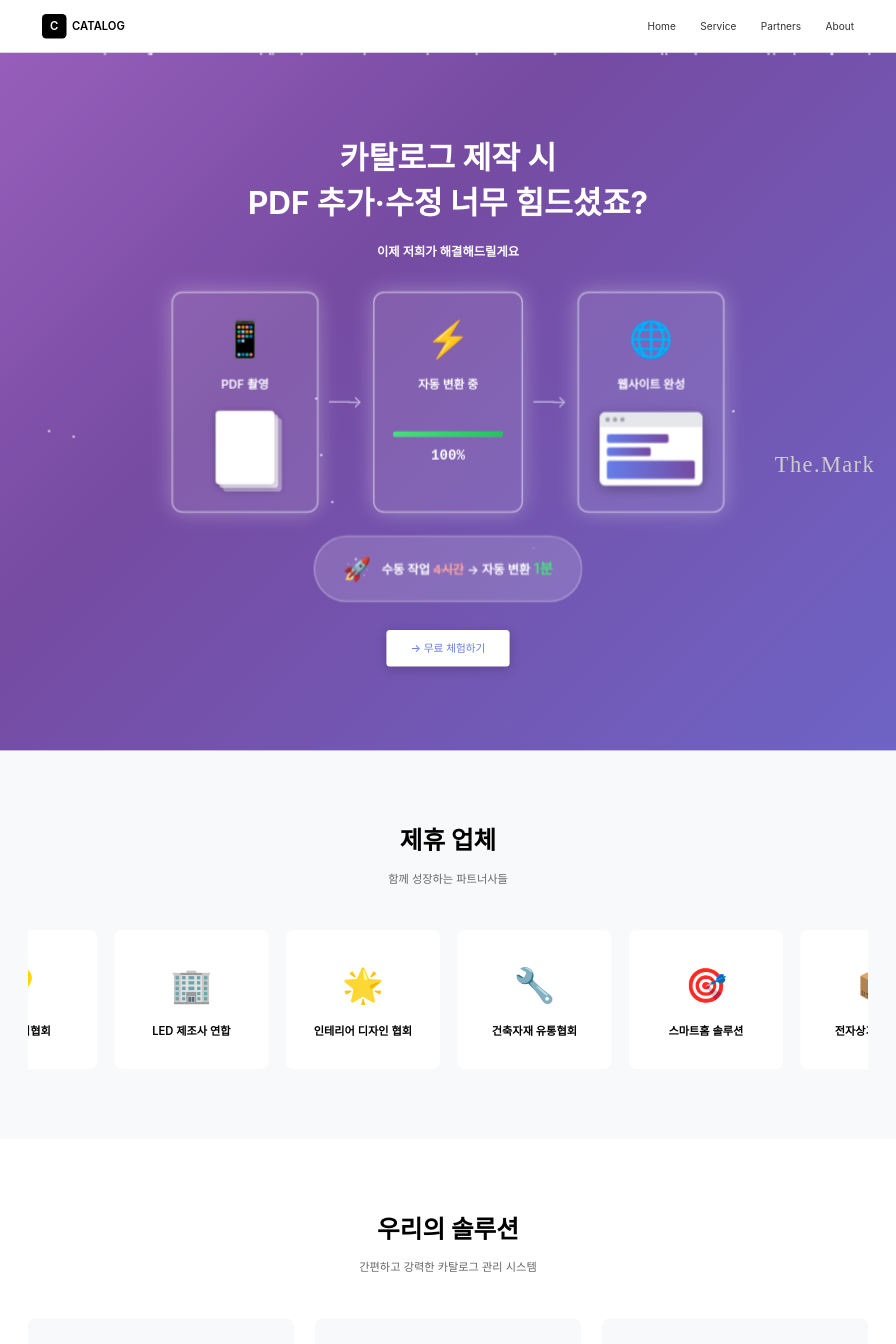
Repository: ororso11/catamaster
Page: index.html
The author's editor kept a copy of each file at every save. The page is drawn from the files as they stood at one save, then again after the next save.
The browser window is 1280 px wide. The pictures show the part of the page from y = 0 to 1920 px (the page is 2886 px tall before and 2884 px after), at 70% of full size.

Above is the page before, as saved 2025-10-04 23:36:50.

### index.html
<!DOCTYPE html>
<html lang="ko">
<head>
    <meta charset="UTF-8">
    <meta name="viewport" content="width=device-width, initial-scale=1.0">
    <title>카탈로그 자동화 업로드 솔루션</title>
    <link rel="stylesheet" href="style.css">
</head>
<body>
    <!-- 스크롤 진행 바 -->
    <div class="progress-line" id="progressLine"></div>

    <!-- 실시간 시계 -->
    <div class="time-indicator" id="timeIndicator"></div>

    <!-- Header -->
    <header>
        <div class="header-container">
            <div class="logo">
                <div class="logo-icon">C</div>
                <span>CATALOG</span>
            </div>
            <nav id="mainNav">
                <a href="#home">Home</a>
                <a href="#solutions">Service</a>
                <a href="#partners">Partners</a>
                <a href="#contact">About</a>
            </nav>
            <button class="mobile-menu-btn" onclick="toggleMenu()">☰</button>
        </div>
    </header>

    <!-- Hero Section -->
    <section class="hero" id="home">
        <!-- 떠다니는 입자 -->
        <div class="particles" id="particles"></div>

        <div class="hero-content">
            <h1>카탈로그 제작 시<br>PDF 추가·수정 너무 힘드셨죠?</h1>
            <p class="subtitle">이제 저희가 해결해드릴게요</p>
            <p class="description">해당 솔루션 도입 후 <span class="counter" data-target="90">0</span>% 자동화 및 업무 효율성 개선</p>
            <a href="dashboard.html" class="cta-button">무료 체험하기</a>
        </div>
    </section>

    <!-- Partners Section -->
    <section class="partners" id="partners">
        <h2 class="section-title">제휴 업체</h2>
        <p class="section-subtitle">함께 성장하는 파트너사들</p>

        <div class="partners-slider">
            <div class="partners-track">
                <div class="partner-card">
                    <div class="partner-logo">💡</div>
                    <div class="partner-name">조명산업협회</div>
                </div>
                <div class="partner-card">
                    <div class="partner-logo">🏢</div>
                    <div class="partner-name">LED 제조사 연합</div>
                </div>
                <div class="partner-card">
                    <div class="partner-logo">🌟</div>
                    <div class="partner-name">인테리어 디자인 협회</div>
                </div>
                <div class="partner-card">
                    <div class="partner-logo">🔧</div>
                    <div class="partner-name">건축자재 유통협회</div>
                </div>
                <div class="partner-card">
                    <div class="partner-logo">🎯</div>
                    <div class="partner-name">스마트홈 솔루션</div>
                </div>
                <div class="partner-card">
                    <div class="partner-logo">📦</div>
                    <div class="partner-name">전자상거래 플랫폼</div>
                </div>
                <div class="partner-card">
                    <div class="partner-logo">🏭</div>
                    <div class="partner-name">제조업 협회</div>
                </div>
                <div class="partner-card">
                    <div class="partner-logo">🛠️</div>
                    <div class="partner-name">산업용품 유통사</div>
                </div>
                <!-- 복제 -->
                <div class="partner-card">
                    <div class="partner-logo">💡</div>
                    <div class="partner-name">조명산업협회</div>
                </div>
                <div class="partner-card">
                    <div class="partner-logo">🏢</div>
                    <div class="partner-name">LED 제조사 연합</div>
                </div>
                <div class="partner-card">
                    <div class="partner-logo">🌟</div>
                    <div class="partner-name">인테리어 디자인 협회</div>
                </div>
                <div class="partner-card">
                    <div class="partner-logo">🔧</div>
                    <div class="partner-name">건축자재 유통협회</div>
                </div>
            </div>
        </div>
    </section>

    <!-- Solutions Section -->
    <section class="solutions" id="solutions">
        <h2 class="section-title">우리의 솔루션</h2>
        <p class="section-subtitle">간편하고 강력한 카탈로그 관리 시스템</p>

        <div class="solutions-grid">
            <div class="solution-card">
                <div class="solution-icon">🚀</div>
                <h3>간편한 업로드</h3>
                <p>드래그&드롭 방식으로 누구나 쉽게 PDF 카탈로그를 업로드할 수 있습니다. 복잡한 설정 없이 즉시 시작하세요.</p>
            </div>

            <div class="solution-card">
                <div class="solution-icon">📱</div>
                <h3>반응형 디자인</h3>
                <p>PC, 태블릿, 모바일 등 모든 기기에서 최적화된 화면으로 카탈로그를 확인할 수 있습니다.</p>
            </div>

            <div class="solution-card">
                <div class="solution-icon">🔒</div>
                <h3>안전한 관리</h3>
                <p>클라우드 기반 저장소로 데이터를 안전하게 보관하고, 언제든지 접근할 수 있습니다.</p>
            </div>

            <div class="solution-card">
                <div class="solution-icon">⚡</div>
                <h3>빠른 공유</h3>
                <p>업로드한 카탈로그를 링크 하나로 고객들과 즉시 공유할 수 있습니다.</p>
            </div>
        </div>
    </section>

    <!-- Footer -->
    <footer id="contact">
        <div class="footer-content">
            <div class="footer-section">
                <h3>카탈로그 자동화 업로드 솔루션</h3>
                <p>대표자: 신윤희</p>
                <p>사업의 성장을 위한 최고의 파트너</p>
            </div>

            <div class="footer-section">
                <h3>서비스</h3>
                <a href="#solutions">카탈로그 업로드 솔루션</a>
                <a href="#solutions">웹사이트 개발</a>
                <a href="#solutions">반응형 웹앱 제작</a>
                <a href="#solutions">맞춤형 솔루션</a>
            </div>

            <div class="footer-section">
                <h3>회사</h3>
                <a href="#home">회사소개</a>
                <a href="#partners">제휴 문의</a>
                <a href="#contact">고객지원</a>
                <a href="#contact">개인정보처리방침</a>
            </div>

            <div class="footer-section">
                <h3>문의하기</h3>
                <p>📧 info@catalogsolution.com</p>
                <p>📞 02-1234-5678</p>
                <p>📍 서울특별시 강남구</p>
            </div>
        </div>

        <div class="footer-bottom">
            <p>&copy; 2025 카탈로그 자동화 업로드 솔루션. All rights reserved.</p>
        </div>
    </footer>

    <div class="company-badge">The.Mark</div>

    <script src="script.js"></script>
</body>
</html>

### script.js
// 모바일 메뉴
function toggleMenu() {
    const nav = document.getElementById('mainNav');
    nav.classList.toggle('active');
}

// 부드러운 스크롤
document.querySelectorAll('a[href^="#"]').forEach(anchor => {
    anchor.addEventListener('click', function (e) {
        e.preventDefault();
        const target = document.querySelector(this.getAttribute('href'));
        if (target) {
            target.scrollIntoView({
                behavior: 'smooth',
                block: 'start'
            });
            document.getElementById('mainNav').classList.remove('active');
        }
    });
});

// 스크롤 진행 바
window.addEventListener('scroll', function() {
    const winScroll = document.body.scrollTop || document.documentElement.scrollTop;
    const height = document.documentElement.scrollHeight - document.documentElement.clientHeight;
    const scrolled = (winScroll / height) * 100;
    document.getElementById('progressLine').style.width = scrolled + '%';
});

// PDF → 웹사이트 자동 변환 프로세스 시각화
function createConversionVisualization() {
    const heroContent = document.querySelector('.hero-content');
    if (!heroContent) return;

    // 기존 description 숨기기
    const oldDesc = document.querySelector('.hero .description');
    if (oldDesc) {
        oldDesc.style.display = 'none';
    }

    // 변환 프로세스 컨테이너 생성
    const conversionContainer = document.createElement('div');
    conversionContainer.className = 'conversion-process';
    conversionContainer.innerHTML = `
        <div class="process-flow">
            <div class="process-step" id="step1">
                <div class="step-icon">📱</div>
                <div class="step-title">PDF 촬영</div>
                <div class="step-visual">
                    <div class="pdf-document">
                        <div class="pdf-page"></div>
                        <div class="pdf-page"></div>
                        <div class="pdf-page"></div>
                    </div>
                    <div class="camera-shutter" id="cameraShutter"></div>
                </div>
            </div>

            <div class="process-arrow">
                <div class="arrow-line"></div>
                <div class="arrow-head">→</div>
            </div>

            <div class="process-step" id="step2">
                <div class="step-icon">⚡</div>
                <div class="step-title">자동 변환 중</div>
                <div class="step-visual">
                    <div class="conversion-loader">
                        <div class="loader-bar"></div>
                        <div class="loader-percent" id="loaderPercent">0%</div>
                    </div>
                    <div class="conversion-particles" id="conversionParticles"></div>
                </div>
            </div>

            <div class="process-arrow">
                <div class="arrow-line"></div>
                <div class="arrow-head">→</div>
            </div>

            <div class="process-step" id="step3">
                <div class="step-icon">🌐</div>
                <div class="step-title">웹사이트 완성</div>
                <div class="step-visual">
                    <div class="website-preview" id="websitePreview">
                        <div class="browser-bar">
                            <div class="browser-dots">
                                <span></span><span></span><span></span>
                            </div>
                        </div>
                        <div class="website-content">
                            <div class="web-element"></div>
                            <div class="web-element"></div>
                            <div class="web-element wide"></div>
                        </div>
                    </div>
                </div>
            </div>
        </div>

        <div class="efficiency-badge">
            <div class="badge-icon">🚀</div>
            <div class="badge-text">
                수동 작업 <span class="time-before">4시간</span> →
                자동 변환 <span class="time-after">1분</span>
            </div>
        </div>
    `;

    // description 위치에 삽입
    if (oldDesc) {
        oldDesc.parentNode.insertBefore(conversionContainer, oldDesc);
    }
}

// 변환 프로세스 애니메이션
function startConversionAnimation() {
    // 1단계: PDF 촬영 (카메라 셔터)
    setTimeout(() => {
        const step1 = document.getElementById('step1');
        const shutter = document.getElementById('cameraShutter');
        step1.classList.add('active');

        // 셔터 효과
        shutter.classList.add('snap');
        setTimeout(() => shutter.classList.remove('snap'), 600);
    }, 500);

    // 2단계: 변환 중 (로딩 바)
    setTimeout(() => {
        const step2 = document.getElementById('step2');
        step2.classList.add('active');

        // 로딩 퍼센트 증가
        let percent = 0;
        const loaderInterval = setInterval(() => {
            percent += 5;
            const loaderPercent = document.getElementById('loaderPercent');
            if (loaderPercent) {
                loaderPercent.textContent = percent + '%';
            }

            // 변환 파티클 생성
            if (percent % 10 === 0) {
                createConversionParticle();
            }

            if (percent >= 100) {
                clearInterval(loaderInterval);
            }
        }, 60);
    }, 2000);

    // 3단계: 웹사이트 완성 (등장 애니메이션)
    setTimeout(() => {
        const step3 = document.getElementById('step3');
        const website = document.getElementById('websitePreview');
        step3.classList.add('active');
        website.classList.add('reveal');

        // 성공 효과
        createSuccessEffect();
    }, 4500);
}

// 변환 파티클 생성
function createConversionParticle() {
    const container = document.getElementById('conversionParticles');
    if (!container) return;

    const particle = document.createElement('div');
    particle.className = 'conversion-particle';
    particle.textContent = ['✨', '⚡', '🔄', '💫'][Math.floor(Math.random() * 4)];
    particle.style.left = Math.random() * 100 + '%';
    particle.style.animationDuration = (1 + Math.random()) + 's';
    container.appendChild(particle);

    setTimeout(() => particle.remove(), 2000);
}

// 성공 효과
function createSuccessEffect() {
    const step3 = document.getElementById('step3');
    if (!step3) return;

    const rect = step3.getBoundingClientRect();

    for (let i = 0; i < 12; i++) {
        const particle = document.createElement('div');
        particle.className = 'success-particle';
        particle.textContent = '✨';
        particle.style.position = 'fixed';
        particle.style.left = (rect.left + rect.width / 2) + 'px';
        particle.style.top = (rect.top + rect.height / 2) + 'px';
        particle.style.fontSize = '1.5rem';
        particle.style.pointerEvents = 'none';
        particle.style.zIndex = '10000';

        document.body.appendChild(particle);

        const angle = (i / 12) * Math.PI * 2;
        const distance = 80;
        const tx = Math.cos(angle) * distance;
        const ty = Math.sin(angle) * distance;

        particle.animate([
            { transform: 'translate(0, 0) scale(0)', opacity: 1 },
            { transform: `translate(${tx}px, ${ty}px) scale(1)`, opacity: 0 }
        ], {
            duration: 1000,
            easing: 'ease-out'
        }).onfinish = () => particle.remove();
    }
}

// Intersection Observer로 화면에 보일 때 애니메이션 시작
const observerOptions = {
    threshold: 0.3
};

const observer = new IntersectionObserver((entries) => {
    entries.forEach(entry => {
        if (entry.isIntersecting) {
            startConversionAnimation();
            observer.unobserve(entry.target);
        }
    });
}, observerOptions);

// 떠다니는 입자 생성
function createParticles() {
    const particlesContainer = document.getElementById('particles');
    if (!particlesContainer) return;

    const particleCount = 30;

    for (let i = 0; i < particleCount; i++) {
        const particle = document.createElement('div');
        particle.className = 'particle';
        particle.style.left = Math.random() * 100 + '%';
        particle.style.animationDelay = Math.random() * 20 + 's';
        particle.style.animationDuration = (15 + Math.random() * 10) + 's';
        particlesContainer.appendChild(particle);
    }
}

// 페이지 로드 시 초기화
window.addEventListener('DOMContentLoaded', function() {
    createParticles();
    createConversionVisualization();

    const heroSection = document.querySelector('.hero');
    if (heroSection) {
        observer.observe(heroSection);
    }

    // 스타일 추가
    const style = document.createElement('style');
    style.textContent = `
        .conversion-process {
            margin: 50px 0 40px;
            animation: fadeInUp 1.2s ease 0.8s forwards;
            opacity: 0;
        }

        .process-flow {
            display: flex;
            justify-content: center;
            align-items: center;
            gap: 20px;
            flex-wrap: wrap;
            margin-bottom: 40px;
        }

        .process-step {
            background: rgba(255, 255, 255, 0.1);
            backdrop-filter: blur(10px);
            border-radius: 15px;
            padding: 25px;
            min-width: 200px;
            text-align: center;
            border: 2px solid rgba(255, 255, 255, 0.2);
            transition: all 0.5s ease;
            opacity: 0.3;
        }

        .process-step.active {
            opacity: 1;
            border-color: rgba(255, 255, 255, 0.5);
            box-shadow: 0 0 30px rgba(255, 255, 255, 0.3);
            transform: scale(1.05);
        }

        .step-icon {
            font-size: 3rem;
            margin-bottom: 10px;
        }

        .step-title {
            font-size: 1rem;
            color: white;
            font-weight: 600;
            margin-bottom: 15px;
        }

        .step-visual {
            height: 120px;
            display: flex;
            align-items: center;
            justify-content: center;
            position: relative;
        }

        /* PDF 문서 */
        .pdf-document {
            position: relative;
            width: 80px;
        }

        .pdf-page {
            width: 80px;
            height: 100px;
            background: white;
            border-radius: 5px;
            margin-bottom: 5px;
            box-shadow: 0 2px 10px rgba(0,0,0,0.2);
        }

        .pdf-page:nth-child(2) {
            position: absolute;
            top: 5px;
            left: 5px;
            opacity: 0.7;
            z-index: -1;
        }

        .pdf-page:nth-child(3) {
            position: absolute;
            top: 10px;
            left: 10px;
            opacity: 0.4;
            z-index: -2;
        }

        /* 카메라 셔터 */
        .camera-shutter {
            position: absolute;
            top: 0;
            left: 0;
            right: 0;
            bottom: 0;
            background: white;
            opacity: 0;
            pointer-events: none;
        }

        .camera-shutter.snap {
            animation: shutterSnap 0.6s ease;
        }

        @keyframes shutterSnap {
            0% { opacity: 0; }
            50% { opacity: 0.8; }
            100% { opacity: 0; }
        }

        /* 변환 로더 */
        .conversion-loader {
            width: 150px;
        }

        .loader-bar {
            width: 100%;
            height: 8px;
            background: rgba(255, 255, 255, 0.2);
            border-radius: 10px;
            overflow: hidden;
            margin-bottom: 10px;
        }

        .loader-bar::after {
            content: '';
            display: block;
            height: 100%;
            background: linear-gradient(90deg, #4ade80, #22c55e);
            border-radius: 10px;
            animation: loading 3s ease-in-out forwards;
        }

        @keyframes loading {
            from { width: 0%; }
            to { width: 100%; }
        }

        .loader-percent {
            font-size: 1.2rem;
            color: white;
            font-weight: bold;
            font-family: monospace;
        }

        .conversion-particles {
            position: absolute;
            width: 100%;
            height: 100%;
            pointer-events: none;
        }

        .conversion-particle {
            position: absolute;
            font-size: 1.5rem;
            animation: particleRise 2s ease-out forwards;
        }

        @keyframes particleRise {
            from {
                transform: translateY(0);
                opacity: 1;
            }
            to {
                transform: translateY(-80px);
                opacity: 0;
            }
        }

        /* 웹사이트 프리뷰 */
        .website-preview {
            width: 140px;
            height: 100px;
            background: white;
            border-radius: 8px;
            overflow: hidden;
            box-shadow: 0 4px 20px rgba(0,0,0,0.3);
            opacity: 0;
            transform: scale(0.5);
        }

        .website-preview.reveal {
            animation: websiteReveal 0.8s ease forwards;
        }

        @keyframes websiteReveal {
            to {
                opacity: 1;
                transform: scale(1);
            }
        }

        .browser-bar {
            background: #e5e7eb;
            height: 20px;
            display: flex;
            align-items: center;
            padding: 0 8px;
        }

        .browser-dots {
            display: flex;
            gap: 4px;
        }

        .browser-dots span {
            width: 6px;
            height: 6px;
            border-radius: 50%;
            background: #9ca3af;
        }

        .website-content {
            padding: 10px;
        }

        .web-element {
            height: 12px;
            background: linear-gradient(90deg, #667eea, #764ba2);
            border-radius: 3px;
            margin-bottom: 6px;
            opacity: 0;
            animation: elementFadeIn 0.5s ease forwards;
        }

        .web-element:nth-child(1) { animation-delay: 0.3s; width: 70%; }
        .web-element:nth-child(2) { animation-delay: 0.5s; width: 50%; }
        .web-element.wide { animation-delay: 0.7s; width: 100%; height: 25px; }

        @keyframes elementFadeIn {
            from {
                opacity: 0;
                transform: translateX(-10px);
            }
            to {
                opacity: 1;
                transform: translateX(0);
            }
        }

        /* 화살표 */
        .process-arrow {
            display: flex;
            align-items: center;
            color: white;
            opacity: 0.6;
        }

        .arrow-line {
            width: 30px;
            height: 2px;
            background: white;
        }

        .arrow-head {
            font-size: 1.5rem;
            margin-left: -5px;
        }

        /* 효율성 배지 */
        .efficiency-badge {
            background: rgba(255, 255, 255, 0.15);
            backdrop-filter: blur(10px);
            border-radius: 50px;
            padding: 20px 40px;
            display: inline-flex;
            align-items: center;
            gap: 15px;
            border: 2px solid rgba(255, 255, 255, 0.3);
        }

        .badge-icon {
            font-size: 2rem;
        }

        .badge-text {
            font-size: 1.1rem;
            color: white;
            font-weight: 600;
        }

        .time-before {
            color: #fca5a5;
            text-decoration: line-through;
        }

        .time-after {
            color: #4ade80;
            font-size: 1.3rem;
        }

        @media (max-width: 768px) {
            .process-flow {
                flex-direction: column;
            }

            .process-arrow {
                transform: rotate(90deg);
            }

            .efficiency-badge {
                flex-direction: column;
                text-align: center;
            }
        }
    `;
    document.head.appendChild(style);
});

Loaded but not shown: style.css (456 lines, source omitted)

After the next save:
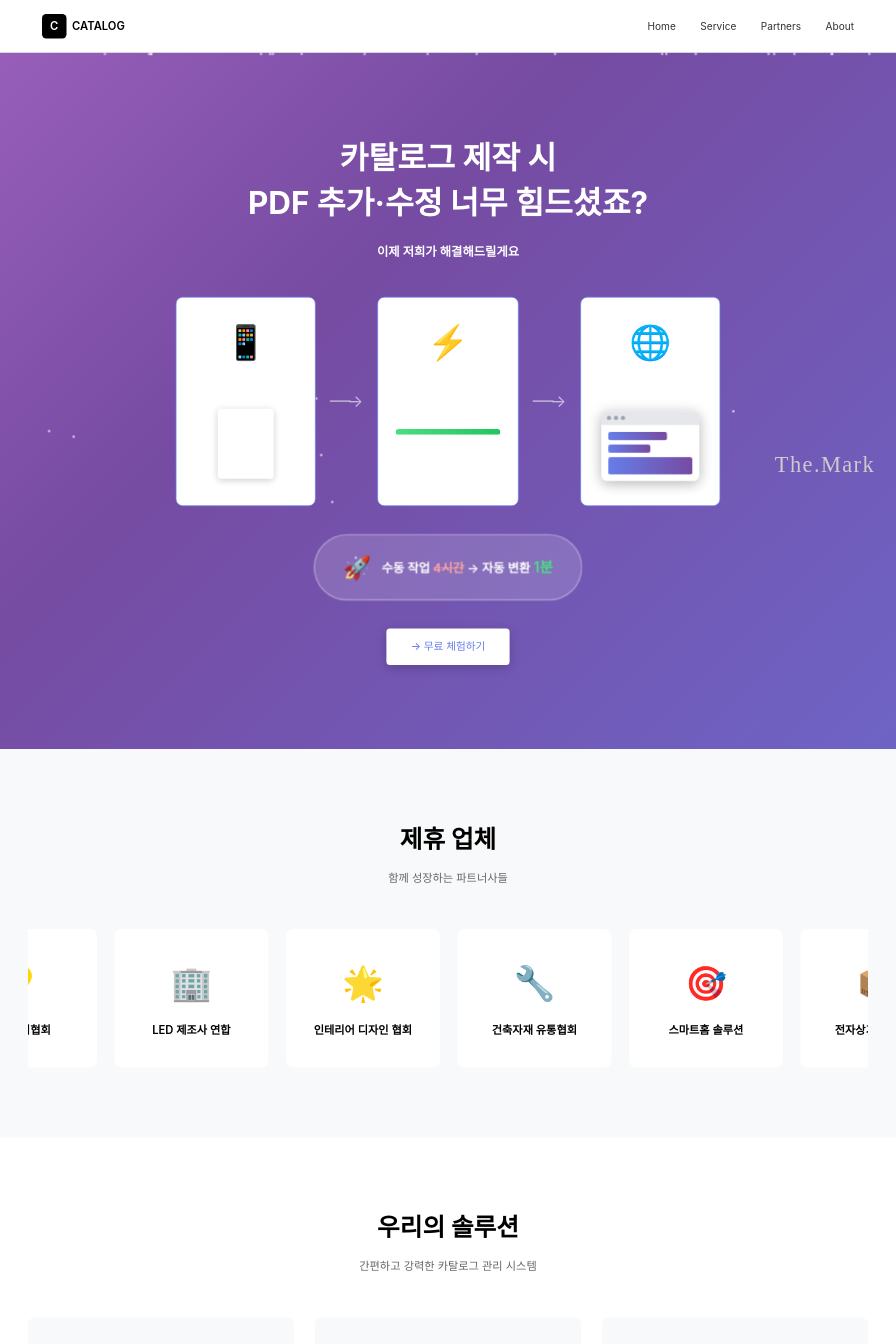
Saved 2 min 7 s later.
--- a/script.js
+++ b/script.js
@@ -259,8 +259,7 @@ window.addEventListener('DOMContentLoaded', function() {
     style.textContent = `
         .conversion-process {
             margin: 50px 0 40px;
-            animation: fadeInUp 1.2s ease 0.8s forwards;
-            opacity: 0;
+            opacity: 1;
         }
 
         .process-flow {
@@ -273,22 +272,17 @@ window.addEventListener('DOMContentLoaded', function() {
         }
 
         .process-step {
-            background: rgba(255, 255, 255, 0.1);
-            backdrop-filter: blur(10px);
-            border-radius: 15px;
+            background: white;
+            border-radius: 10px;
             padding: 25px;
             min-width: 200px;
             text-align: center;
-            border: 2px solid rgba(255, 255, 255, 0.2);
-            transition: all 0.5s ease;
-            opacity: 0.3;
+            border: 1px solid #e5e7eb;
+            transition: all 0.3s ease;
         }
 
         .process-step.active {
-            opacity: 1;
-            border-color: rgba(255, 255, 255, 0.5);
-            box-shadow: 0 0 30px rgba(255, 255, 255, 0.3);
-            transform: scale(1.05);
+            border-color: #667eea;
         }
 
         .step-icon {
